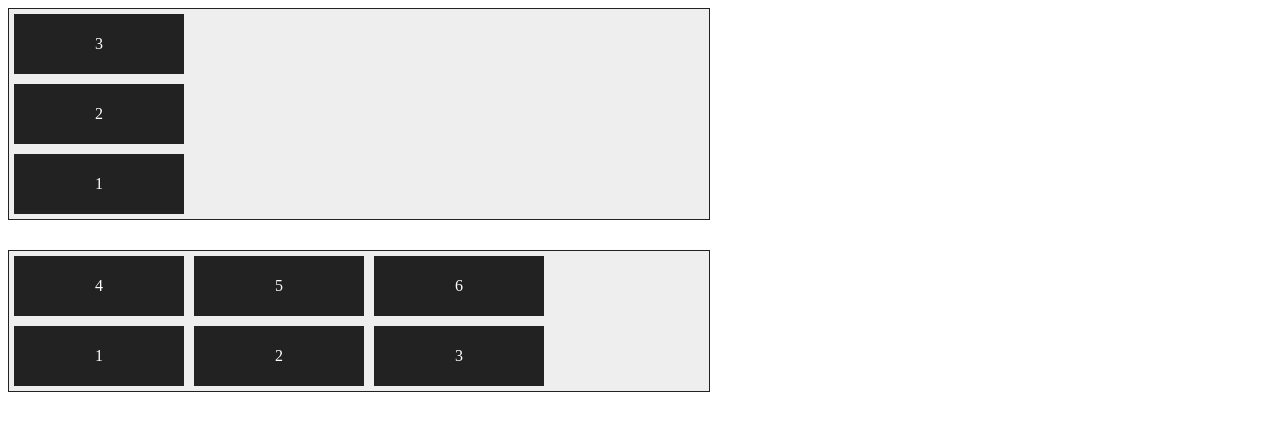
Repository: pvntlc/D-IT-Tech-Internship
Page: work_java/HTMLProject/src/main/webapp/DAY2/06.레이아웃구성2/3-08.flex1.html
These files come from the project's save history. The page is drawn as it stood at one moment and after the next save; the edit follows.
The browser window is 1280 px wide. The pictures show the whole page.

Above is the page before, as saved 2023-09-07 06:38:20.

### work_java/HTMLProject/src/main/webapp/DAY2/06.레이아웃구성2/3-08.flex1.html
<!DOCTYPE html>
<html lang="ko">
<head>
  <meta charset="UTF-8">
  <title>플렉스 박스 레이아웃</title>
  <meta name="viewport" content="width=device-width, initial-scale=1">
  <style>
	  @media screen and (max-width:500px){
		  body{
			  background-color: skyblue;
		  }
	  }
    .container {
      width:700px;
      display:flex; /* 플렉스 컨테이너 지정 */
      background-color:#eee;
      border:1px solid #222;
      margin-bottom:30px;
    }
    .box {
      padding:5px 45px;
      margin:5px;
	  	width:80px;
      background-color:#222;
    }
    #opt1{
      /* 왼쪽에서 오른쪽으로 */
      flex-direction:column-reverse;
      /* 오른쪽에서 왼쪽으로 */
      /* flex-direction: row-reverse;    */
      /* 위에서 아래로 */
      /* flex-direction: column;          */
      /* 아래에서 위로 */
      /* flex-direction: column-reverse;  */
    }
    #opt2{
      /* 한 줄에 표시 */
      /* flex-wrap: nowrap;            */
      /* 여러 줄에 표시 */
      /* flex-wrap: wrap;    */
      /* 시작점과 끝점 바꿔 여러 줄에 표시 */
      flex-wrap: wrap-reverse;
    }
    p {
      color:#fff;
      text-align: center;
    }
  </style>
</head>
<body>
  <div class="container" id="opt1">
    <div class="box"><p>1</p></div>
    <div class="box"><p>2</p></div>
    <div class="box"><p>3</p></div>
  </div>

  <div class="container" id="opt2">
    <div class="box"><p>1</p></div>
    <div class="box"><p>2</p></div>
    <div class="box"><p>3</p></div>
    <div class="box"><p>4</p></div>
    <div class="box"><p>5</p></div>
    <div class="box"><p>6</p></div>
  </div>
</body>
</html>

After the next save:
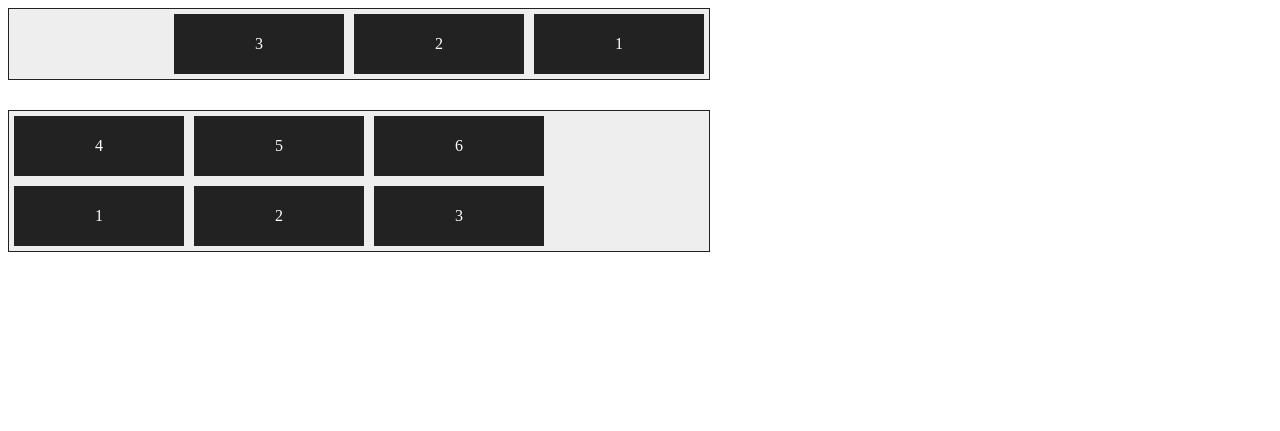
Saved 9 s later.
--- a/work_java/HTMLProject/src/main/webapp/DAY2/06.레이아웃구성2/3-08.flex1.html
+++ b/work_java/HTMLProject/src/main/webapp/DAY2/06.레이아웃구성2/3-08.flex1.html
@@ -25,7 +25,7 @@
     }
     #opt1{
       /* 왼쪽에서 오른쪽으로 */
-      flex-direction:column-reverse;
+      flex-direction:row-reverse;
       /* 오른쪽에서 왼쪽으로 */
       /* flex-direction: row-reverse;    */
       /* 위에서 아래로 */
